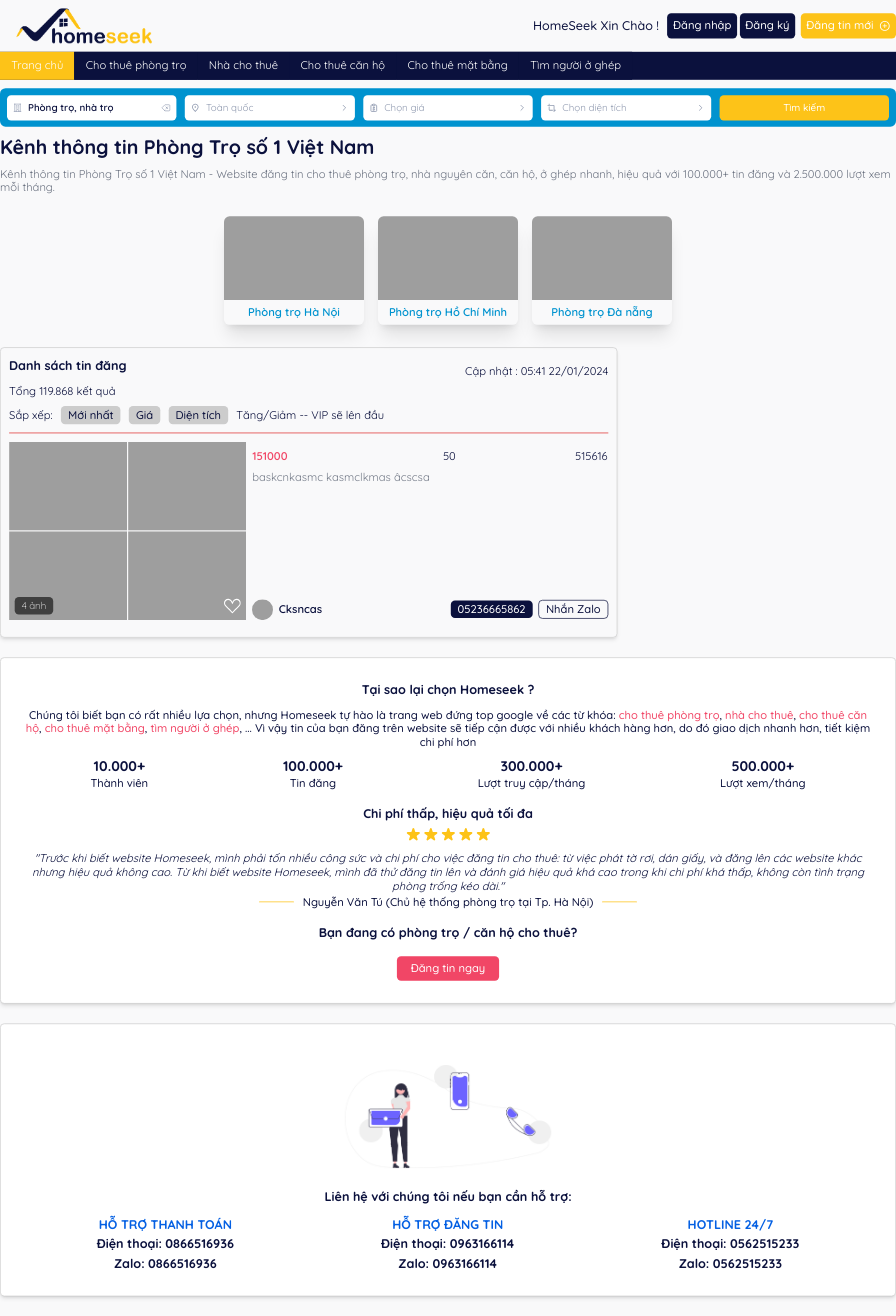
Repository: ajincome26/homeseek
Page: / (app in client/)
An editor plug-in stored every save of this project. The page is shown before and after the next save, followed by the edit.
The browser window is 1280 px wide. The pictures show the whole page, at 70% of full size.
Pictures or frames that could not be fetched are drawn as grey boxes. The page's requests for data from a server got no answer. The project was rebuilt for these pictures with package versions that can differ from the ones it lists, and the page was loaded fresh each time. Some packages were replaced by stand-ins written for this rebuild. No one was signed in, and anything a server would have sent is missing. Also part of the build but not shown: client/vite.config.ts, client/src/utils/utils.tsx, client/src/components/MainHeader/components/User.tsx, client/src/components/Popover/Popover.tsx, client/src/components/Sidebar/Sidebar.tsx, client/src/components/Sidebar/index.ts, client/src/components/SubNavigation/SubNavigation.tsx, client/src/components/SubNavigation/index.ts and 33 more.

Above is the page before, as saved 2024-01-22 06:18:19.

### client/index.html
<!doctype html>
<html lang="en">
  <head>
    <meta charset="UTF-8" />
    <link rel="icon" type="image/svg+xml" href="/vite.svg" />
    <meta name="viewport" content="width=device-width, initial-scale=1.0" />
    <title>Home Seek</title>
    <link rel="preconnect" href="https://fonts.googleapis.com" />
    <link rel="preconnect" href="https://fonts.gstatic.com" crossorigin />
    <link
      href="https://fonts.googleapis.com/css2?family=Quicksand:wght@300;400;500;600;700&display=swap"
      rel="stylesheet"
    />
  </head>
  <body>
    <div id="root"></div>
    <script type="module" src="/src/main.tsx"></script>
  </body>
</html>

### client/src/main.tsx
import ReactDOM from 'react-dom/client'
import App from './App'
import './styles/index.scss'
import { BrowserRouter } from 'react-router-dom'
import { QueryClient, QueryClientProvider } from '@tanstack/react-query'
import { ReactQueryDevtools } from '@tanstack/react-query-devtools'
import { AuthProvider } from './contexts/auth.context'
import { ErrorBoundary } from './components/ErrorBoundary'

// Create a client
const queryClient = new QueryClient({
  defaultOptions: {
    queries: {
      refetchOnWindowFocus: false // disable việc fetch lại api khi focus tab window
    }
  }
})

ReactDOM.createRoot(document.getElementById('root')!).render(
  <BrowserRouter>
    <QueryClientProvider client={queryClient}>
      <AuthProvider>
        <ErrorBoundary>
          <App />
        </ErrorBoundary>
      </AuthProvider>
      <ReactQueryDevtools initialIsOpen={false} />
    </QueryClientProvider>
  </BrowserRouter>
)

### client/src/App.tsx
import { useEffect } from 'react'
import { useAuth } from './contexts/auth.context'
import useRoute from './useRoute'
import { LocalStorageEventTarget } from './utils/auth'
import { ToastContainer } from 'react-toastify'
import 'react-toastify/dist/ReactToastify.css'

function App() {
  const routeElements = useRoute()
  const { resetAuth } = useAuth()
  useEffect(() => {
    LocalStorageEventTarget.addEventListener('clearLS', () => {
      resetAuth()
    })
    return () => {
      LocalStorageEventTarget.removeEventListener('clearLS', () => {
        resetAuth()
      })
    }
  }, [resetAuth])
  return (
    <div className='bg-third'>
      <ToastContainer />
      <div>{routeElements}</div>
    </div>
  )
}

export default App

### client/src/styles/index.scss
@tailwind base;
@tailwind components;
@tailwind utilities;

@import 'reset';

body {
  font-family: 'Quicksand', sans-serif;
  font-size: 16px;
  line-height: 1.2;
}

select {
  -webkit-appearance: none;
  -moz-appearance: none;
  appearance: none;
}

::-webkit-scrollbar {
  width: 10px;
}
::-webkit-scrollbar-track {
  background-color: #fafafa;
}
::-webkit-scrollbar-thumb {
  background-color: #ccd0d7;
  border-radius: 50px;
}

/* Chrome, Safari, Edge, Opera */
input::-webkit-outer-spin-button,
input::-webkit-inner-spin-button {
  -webkit-appearance: none;
  margin: 0;
}
/* Firefox */
input[type='number'] {
  appearance: textfield;
}

.cr-truncate-1 {
  overflow: hidden;
  display: -webkit-box;
  -webkit-box-orient: vertical;
  -webkit-line-clamp: 1;
  text-overflow: ellipsis;
  word-break: break-word;
}

@layer utilities {
  /* Hide scrollbar for Chrome, Safari and Opera */
  .no-scrollbar::-webkit-scrollbar {
    display: none;
  }
  /* Hide scrollbar for IE, Edge and Firefox */
  .no-scrollbar {
    -ms-overflow-style: none; /* IE and Edge */
    scrollbar-width: none; /* Firefox */
  }
}

// class tailwind-sort
.cr-transition {
  @apply transition-all ease-linear duration-200;
}
.cr-hover-text {
  @apply hover:text-[#977616] transition-colors ease-linear duration-200 cursor-pointer;
}
.cr-input-text {
  @apply px-3 py-2 border-[2px] border-[#a0c7d6] outline-none rounded-md focus:border-[#4b5fc2] cr-transition box-border w-full;
}
.cr-hover-images {
  @apply relative after:absolute after:w-full after:h-full after:top-0 after:left-0 hover:after:bg-gray-900 hover:after:bg-opacity-30 after:transition-all after:ease-linear after:duration-300;
}

### client/src/contexts/auth.context.tsx
import React, { createContext, useContext, useState } from 'react'
import { User } from '~/types/user.type'
import { getAccessToken, getUserInfoFromStorage } from '~/utils/auth'

interface AuthProviderType {
  isLoggedIn: boolean
  setIsLoggedIn: React.Dispatch<React.SetStateAction<boolean>>
  userInfo: User | null
  setUserInfo: React.Dispatch<React.SetStateAction<User | null>>
  resetAuth: () => void
}
const initialContext: AuthProviderType = {
  isLoggedIn: Boolean(getAccessToken()),
  setIsLoggedIn: () => null,
  userInfo: getUserInfoFromStorage(),
  setUserInfo: () => null,
  resetAuth: () => null
}

const AuthContext = createContext<AuthProviderType>(initialContext)
const useAuth = () => {
  const context = useContext(AuthContext)
  if (typeof context === 'undefined') throw new Error('useAuth must be used within a AuthContext')
  return context
}
const AuthProvider = ({ children }: { children: React.ReactNode }) => {
  const [isLoggedIn, setIsLoggedIn] = useState(initialContext.isLoggedIn)
  const [userInfo, setUserInfo] = useState(initialContext.userInfo)
  const resetAuth = () => {
    setIsLoggedIn(false)
    setUserInfo(null)
  }
  return (
    <AuthContext.Provider value={{ isLoggedIn, setIsLoggedIn, userInfo, setUserInfo, resetAuth }}>
      {children}
    </AuthContext.Provider>
  )
}

// eslint-disable-next-line react-refresh/only-export-components
export { useAuth, AuthProvider }

### client/src/components/ErrorBoundary/index.ts
export { default as ErrorBoundary } from './ErrorBoundary'

### client/src/useRoute.tsx
import { useRoutes } from 'react-router-dom'
import { path } from './constants/path'
import { MainLayout } from './layouts/MainLayout'
import ManageLayout from './layouts/ManageLayout/ManageLayout'
import { CreatePost } from './pages/CreatePostPage'
import { HomePage } from './pages/HomePage'
import { LoginPage } from './pages/LoginPage'
import { RegisterPage } from './pages/RegisterPage'
import { ResetPassword } from './pages/ResetPassword'
import { VerifyEmail } from './pages/VerifyEmailPage'
import { VerifyForgotPasswordToken } from './pages/VerifyForgotPasswordPage'

const { HOME, LOGIN, REGISTER, OAUTH, CREATE, VERIFY_EMAIL, FORGOT_PASSWORD, RESET_PASSWORD } = path

const useRoute = () => {
  return useRoutes([
    {
      path: LOGIN,
      element: <LoginPage />
    },
    {
      path: REGISTER,
      element: <RegisterPage />
    },
    {
      path: OAUTH,
      element: <LoginPage />
    },
    {
      path: OAUTH,
      element: <RegisterPage />
    },
    {
      path: VERIFY_EMAIL,
      element: <VerifyEmail />
    },
    {
      path: FORGOT_PASSWORD,
      element: <VerifyForgotPasswordToken />
    },
    {
      path: RESET_PASSWORD,
      element: <ResetPassword />
    },
    // Authen không ảnh hưởng
    {
      element: <ManageLayout />,
      children: [
        {
          index: true,
          path: CREATE,
          element: <CreatePost />
        }
      ]
    },
    {
      element: <MainLayout />,
      children: [
        {
          index: true,
          path: HOME,
          element: <HomePage />
        }
      ]
    }
  ])
}

export default useRoute

### client/src/utils/auth.ts
import { User } from '~/types/user.type'

export const LocalStorageEventTarget = new EventTarget()

export const getAccessToken = () => localStorage.getItem('accessToken') || ''
export const getRefreshToken = () => localStorage.getItem('refreshToken') || ''
export const setAccessToken = (accessToken: string) => localStorage.setItem('accessToken', accessToken)
export const setRefreshToken = (refreshToken: string) => localStorage.setItem('refreshToken', refreshToken)
export const getUserInfoFromStorage = () => {
  const info = localStorage.getItem('userInfo')
  return info ? JSON.parse(info) : null
}
export const setUserInfoToStorage = (userInfo: User) => localStorage.setItem('userInfo', JSON.stringify(userInfo))

export const clearLocalStorage = () => {
  localStorage.removeItem('accessToken')
  localStorage.removeItem('refreshToken')
  localStorage.removeItem('userInfo')
  const clearLSEvent = new Event('clearLS')
  LocalStorageEventTarget.dispatchEvent(clearLSEvent)
}

### client/src/styles/_reset.scss
*,
*::before,
*::after {
  box-sizing: border-box;
}
* {
  margin: 0;
  padding: 0;
}

html,
body {
  height: 100%;
}
body {
  line-height: 1.5;
  -webkit-font-smoothing: antialiased;
  -webkit-tap-highlight-color: rgba(0, 0, 0, 0);
}
a {
  text-decoration: none;
  color: inherit;
}
img,
picture,
video,
canvas,
svg {
  display: block;
  // max-width: 100%;
}
input,
button,
textarea,
select {
  font: inherit;
  outline: none;
}
option:checked {
  background-color: #0891b2;
  color: white;
  font-style: italic;
}
p,
h1,
h2,
h3,
h4,
h5,
h6 {
  overflow-wrap: break-word;
}

### client/src/constants/path.ts
export const path = {
  HOME: '/',
  LOGIN: '/login',
  OAUTH: '/login/oauth',
  REGISTER: '/register',
  LOGOUT: '/logout',

  VERIFY_EMAIL: '/email-verifications',
  FORGOT_PASSWORD: '/forgot-password',
  RESET_PASSWORD: '/reset-password',

  ROOM_FOR_RENT: '/room-for-rent',
  HOUSE_FOR_RENT: '/house-for-rent',
  APARTMENT_FOR_RENT: '/apartment-for-rent',
  GROUND_FOR_RENT: '/ground-for-rent',
  FIND_A_ROOMATE: '/find-a-roomate',

  UNDER_ONE_MILLION: '/under-one-million',
  FROM_ONE_TO_TWO_MILLION: '/from-one-to-two-million',
  FROM_TWO_TO_THREE_MILLION: '/from-two-to-three-million',
  FROM_THREE_TO_FIVE_MILLION: '/from-three-to-five-million',
  FROM_FIVE_TO_SEVEN_MILLION: '/from-five-to-seven-million',
  FROM_SEVEN_TO_TEN_MILLION: '/from-seven-to-ten-million',
  FROM_TEN_TO_FIFTEEN_MILLION: '/from-ten-to-fifteen-million',
  OVER_FIFTEEN_MILLION: '/over-fifteen-million',

  UNDER_TWENTY_M2: '/under-twenty-m2',
  FROM_TWENTY_TO_THIRTY_M2: '/from-twenty-to-thirty-m2',
  FROM_THIRTY_TO_FIFTY_M2: '/from-thirty-to-fifty-m2',
  FROM_FIFTY_TO_SEVENTY_M2: '/from-fifty-to-seventy-m2',
  FROM_SEVENTY_TO_NINETY_M2: '/from-seventy-to-ninety-m2',
  OVER_NINETY_M2: '/over-ninety-m2',

  SEARCH: '/search',

  CREATE: '/create',
  MANAGE: '/manage',
  PROFILE: '/user/profile',
  CHANGE_PASSWORD: '/user/change-password',

  UPLOAD_IMAGE: '/upload-image',

  CONTACT: '/contact',

  NOT_FOUND: '*'
}

### client/src/layouts/MainLayout/index.ts
export { default as MainLayout } from './MainLayout'

### client/src/pages/CreatePostPage/index.ts
export { default as CreatePost } from './CreatePost'

### client/src/pages/HomePage/index.ts
export { default as HomePage } from './HomePage'

### client/src/pages/LoginPage/index.ts
export { default as LoginPage } from './LoginPage'

### client/src/pages/RegisterPage/index.ts
export { default as RegisterPage } from './RegisterPage'

### client/src/pages/ResetPassword/index.ts
export { default as ResetPassword } from './ResetPassword'

### client/src/pages/VerifyEmailPage/index.ts
export { default as VerifyEmail } from './VerifyEmail'

### client/src/pages/VerifyForgotPasswordPage/index.ts
export { default as VerifyForgotPasswordToken } from './VerifyForgotPasswordToken'

### client/src/layouts/MainLayout/MainLayout.tsx
import { Outlet } from 'react-router-dom'
import Footer from '~/components/Footer/Footer'
import { Intro } from '~/components/Intro'
import { MainHeader } from '~/components/MainHeader'
import { Navigation } from '~/components/Navigation'

const MainLayout = () => {
  return (
    <>
      <MainHeader />
      <Navigation />
      <Outlet />
      <Intro />
      <div className='pb-7'>
        <Footer />
      </div>
    </>
  )
}

export default MainLayout

### client/src/pages/HomePage/HomePage.tsx
import { textHomeHeader } from '~/constants/data'
import List from './components/List'
import Provinces from './components/Provinces'
import Search from './components/Search'

const HomePage = () => {
  return (
    <div className='container flex flex-col w-full h-full gap-3'>
      <Search />
      <h1 className='text-primary text-[28px] font-bold'>{textHomeHeader.HOME_TITLE}</h1>
      <p className='text-gray-500'>{textHomeHeader.HOME_DESCRIPTION}</p>

      <div className='flex justify-center gap-5 py-5'>
        <Provinces />
      </div>

      <div className='flex w-full gap-5'>
        <div className='w-[70%]'>
          <List />
          {/* <Pagination /> */}
        </div>
        <div className='w-[30%] flex flex-col gap-5'>
          {/* <SidebarItem title='Danh mục cho thuê' content={categories} />
          <SidebarItem title='Xem theo giá' type='priceCode' content={prices} col />
          <SidebarItem title='Xem theo diện tích' type='areaCode' content={areas} col squareMeter />
          <RelatedPost /> */}
        </div>
      </div>
    </div>
  )
}

export default HomePage

### client/src/components/Footer/Footer.tsx
import { Link } from 'react-router-dom'
import { textContact } from '~/constants/data'
import contact from '../../assets/contact.png'

const Footer = () => {
  return (
    <div className='container border border-[#ccc] bg-white mt-7 p-8 text-center text-primary rounded-md shadow-md'>
      <div className='w-full h-[200px]'>
        <img src={contact} alt='thumbnal' className='object-contain w-full h-full' />
      </div>
      <h2 className='mb-3 text-lg font-bold'>{textContact.title}</h2>
      <div className='flex items-center justify-around'>
        {textContact.contact.map((item, index) => (
          <div key={index} className='flex flex-col'>
            <span className='uppercase text-lg font-bold text-[#0460e3]'>{item.title}</span>
            <Link
              to={'/'}
              className='text-lg font-bold hover:text-[#977616] transition-colors ease-linear duration-300 cursor-pointer'
            >{`Điện thoại: ${item.phone}`}</Link>
            <Link
              to={'/'}
              className='text-lg font-bold hover:text-[#977616] transition-colors ease-linear duration-300 cursor-pointer'
            >{`Zalo: ${item.zalo}`}</Link>
          </div>
        ))}
      </div>
    </div>
  )
}

export default Footer

### client/src/components/Intro/index.ts
export { default as Intro } from './Intro'

### client/src/components/MainHeader/index.ts
export { default as MainHeader } from './MainHeader'

### client/src/components/Navigation/index.ts
export { default as Navigation } from './Navigation'

### client/src/components/Button/index.ts
export { default as Button } from './Button'

### client/src/pages/HomePage/components/List.tsx
import { Button } from '~/components/Button'
import { PostItem } from '~/components/PostItem'

const List = () => {
  // useEffect(() => {
  //   const params = []
  //   for (let entry of searchParams.entries()) {
  //     params.push(entry)
  //   }
  //   let searchParamsObject = {}
  //   params.forEach((i) => {
  //     if (Object.keys(searchParamsObject)?.some((item) => item === i[0])) {
  //       searchParamsObject[i[0]] = [...searchParamsObject[i[0]], i[1]]
  //     } else searchParamsObject = { ...searchParamsObject, [i[0]]: [i[1]] }
  //   })
  //   if (categoryCode) searchParamsObject.categoryCode = categoryCode
  //   dispatch(getPostsLimit(searchParamsObject))
  // }, [searchParams])
  return (
    <div className='border border-[#ccc] p-3 text-primary rounded-md shadow-md'>
      <div className='flex items-center justify-between'>
        <h1 className='mb-3 text-lg font-bold'>Danh sách tin đăng</h1>
        <span>Cập nhật : 05:41 22/01/2024</span>
      </div>
      <span>Tổng 119.868 kết quả</span>
      <div className='flex items-center gap-3 mt-3'>
        <span>Sắp xếp:</span>
        <Button className='text-primary bg-[#ccc] px-[10px] py-[3px]' hover>
          Mới nhất
        </Button>
        <Button className='text-primary bg-[#ccc] px-[10px] py-[3px]' hover>
          Giá
        </Button>
        <Button className='text-primary bg-[#ccc] px-[10px] py-[3px]' hover>
          Diện tích
        </Button>
        Tăng/Giảm -- VIP sẽ lên đầu
      </div>
      <div className='posts'>
        {/* {posts?.length > 0 &&
          posts.map(() => {
            return <PostItem />
          })} */}
        <PostItem />
      </div>
    </div>
  )
}

export default List

### client/src/pages/HomePage/components/Provinces.tsx
import { textLocation } from '~/constants/data'

const Provinces = () => {
  return (
    <div className='flex gap-5'>
      {textLocation.map((item) => (
        <div
          className='cursor-pointer shadow-xl rounded-lg overflow-hidden hover:bg-[#ccc] transition-all ease-linear duration-300'
          key={item.id}
        >
          <div className='w-[200px] h-[120px]'>
            <img src={item.image} alt={item.name} className='object-cover w-full h-full' />
          </div>
          <div className='py-2 font-semibold text-center text-fourth'>{item.name}</div>
        </div>
      ))}
    </div>
  )
}

export default Provinces

### client/src/apis/auth.api.ts
import { AuthResponse } from '~/types/auth.type'
import instance from '~/utils/instance'
import { path } from '~/constants/path'
import { apiGetPublicProvinces } from '~/utils/utils'
import { Province } from '~/types/province.type'

const authApi = {
  register: (body: { name: string; email: string; phone_number: string; password: string; confirm_password: string }) =>
    instance.post<AuthResponse>(`users${path.REGISTER}`, body),
  login: (body: { email: string; password: string }) => instance.post<AuthResponse>(`users${path.LOGIN}`, body),
  logout: (body: { refresh_token: string }) => instance.post<AuthResponse>(`users${path.LOGOUT}`, body),
  resetPassword: (body: { forgot_password_token: string; password: string; confirm_password: string }) =>
    instance.post(`users${path.RESET_PASSWORD}`, body),

  getProvinces: () => apiGetPublicProvinces.get<Province[]>('/')
}

export default authApi

### client/src/components/Navigation/Navigation.tsx
import { NavLink } from 'react-router-dom'
import { categories } from '~/constants/data'

const notActive = 'hover:bg-secondary px-4 h-full flex items-center bg-primary transition-all ease-linear duration-300'
const active = 'hover:bg-secondary px-4 h-full flex items-center bg-secondary'
const Navigation = () => {
  return (
    <div className='w-full text-white h-[40px] bg-primary flex justify-center items-center'>
      <div className='container flex items-center h-full'>
        <NavLink to={'/'} className={({ isActive }) => (isActive ? active : notActive)}>
          Trang chủ
        </NavLink>
        {categories?.length > 0 &&
          categories.map((item, index) => {
            return (
              <div key={index} className='h-full'>
                <NavLink to={item.path} className={({ isActive }) => (isActive ? active : notActive)}>
                  {item.name}
                </NavLink>
              </div>
            )
          })}
      </div>
    </div>
  )
}

export default Navigation

### client/src/apis/province.api.ts
import { Province } from '~/types/province.type'
import { apiGetPublicProvinces } from '~/utils/utils'

const provinceApi = {
  getProvinces: () => apiGetPublicProvinces.get<Province[]>('/')
}

export default provinceApi

### client/src/components/PostItem/index.ts
export { default as PostItem } from './PostItem'

### client/src/components/SearchItem/index.ts
export { default as SearchItem } from './SearchItem'

### client/src/components/Popover/index.ts
export { default as Popover } from './Popover'

### client/src/components/SearchItem/SearchItem.tsx
import { IconType } from 'react-icons/lib'

export interface SearchItemProps {
  children?: React.ReactNode
  text?: string
  bgColor?: string
  IcBefore?: IconType
  IcAfter?: IconType
  justifyCenter?: boolean
  defaultText?: string
}

const SearchItem = ({ children, text, bgColor, IcBefore, IcAfter, justifyCenter, defaultText }: SearchItemProps) => {
  return (
    <div
      className={`${bgColor || 'bg-white'} p-2 rounded-md text-[#909ab0] text-sm ${
        text && 'font-semibold'
      } w-full flex items-center ${
        justifyCenter ? 'justify-center' : ''
      } gap-2 cursor-pointer relative hover:opacity-90 transition-all duration-300`}
    >
      {IcBefore && <IcBefore />}
      <span className={`cr-truncate-1 ${text ? 'text-primary' : 'text-[#909ab0]'}`}>{text || defaultText}</span>
      {IcAfter && <IcAfter className='absolute right-2'></IcAfter>}
      {children}
    </div>
  )
}

export default SearchItem

Loaded but not shown: client/tailwind.config.js (35 lines, source omitted); client/src/pages/HomePage/components/Search.tsx (148 lines, source omitted); client/src/constants/data.tsx (189 lines, source omitted); client/src/components/PostItem/PostItem.tsx (94 lines, source omitted); client/src/components/MainHeader/MainHeader.tsx (108 lines, source omitted); client/src/components/Intro/Intro.tsx (61 lines, source omitted); client/src/utils/icons.ts (91 lines, source omitted); client/src/utils/instance.ts (67 lines, source omitted); client/src/components/Button/Button.tsx (52 lines, source omitted)

After the next save:
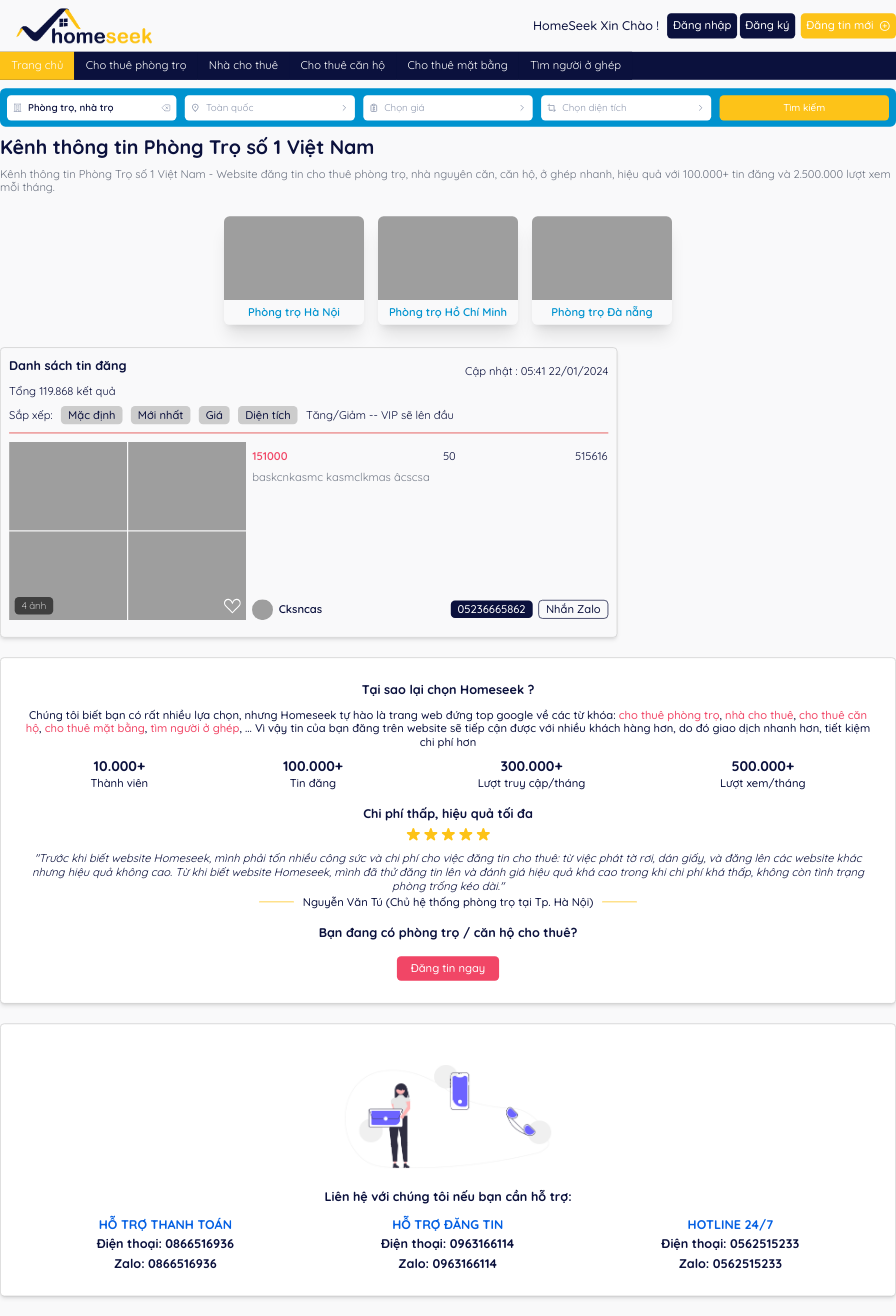
Saved 2 min 18 s later.
--- a/client/src/pages/HomePage/components/List.tsx
+++ b/client/src/pages/HomePage/components/List.tsx
@@ -26,6 +26,9 @@
       <div className='flex items-center gap-3 mt-3'>
         <span>Sắp xếp:</span>
         <Button className='text-primary bg-[#ccc] px-[10px] py-[3px]' hover>
+          Mặc định
+        </Button>
+        <Button className='text-primary bg-[#ccc] px-[10px] py-[3px]' hover>
           Mới nhất
         </Button>
         <Button className='text-primary bg-[#ccc] px-[10px] py-[3px]' hover>
